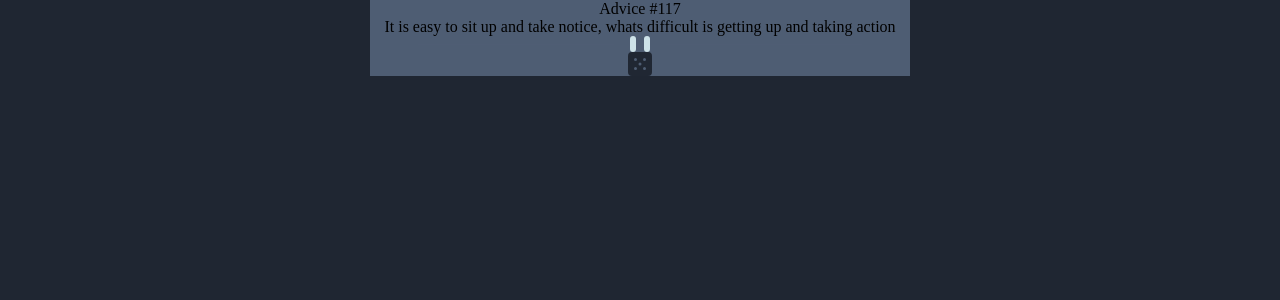
Repository: Arkitecth/advice-generator
Page: index.html
An editor plug-in stored every save of this project. The page is shown before and after the next save, followed by the edit.
The browser window is 1280 px wide. The pictures show the whole page.

Above is the page before, as saved 2023-07-12 17:20:02.

After the next save:
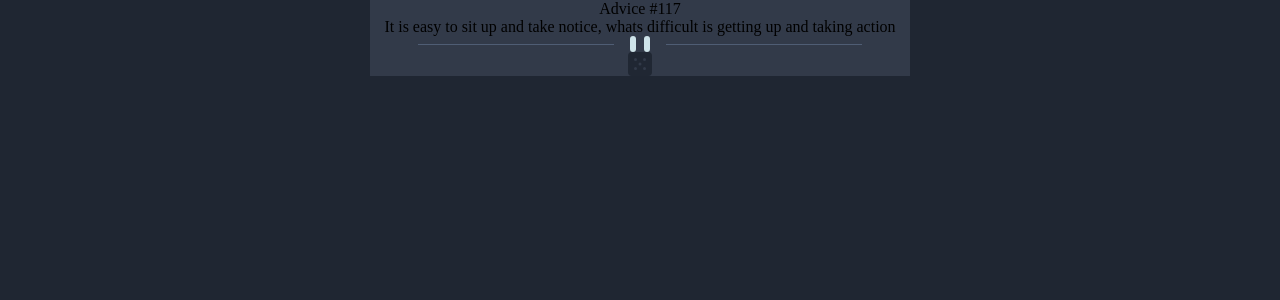
Saved 36 s later.
--- a/style.css
+++ b/style.css
@@ -19,8 +19,9 @@
 
 .container {
     margin: 0 auto;
-    background-color: var(--grayish-blue);
+    background-color: var(--dark-grayish-blue);
     max-width: 540px;
+    height: ;
     display: flex;
     flex-direction: column;
     align-items: center;
